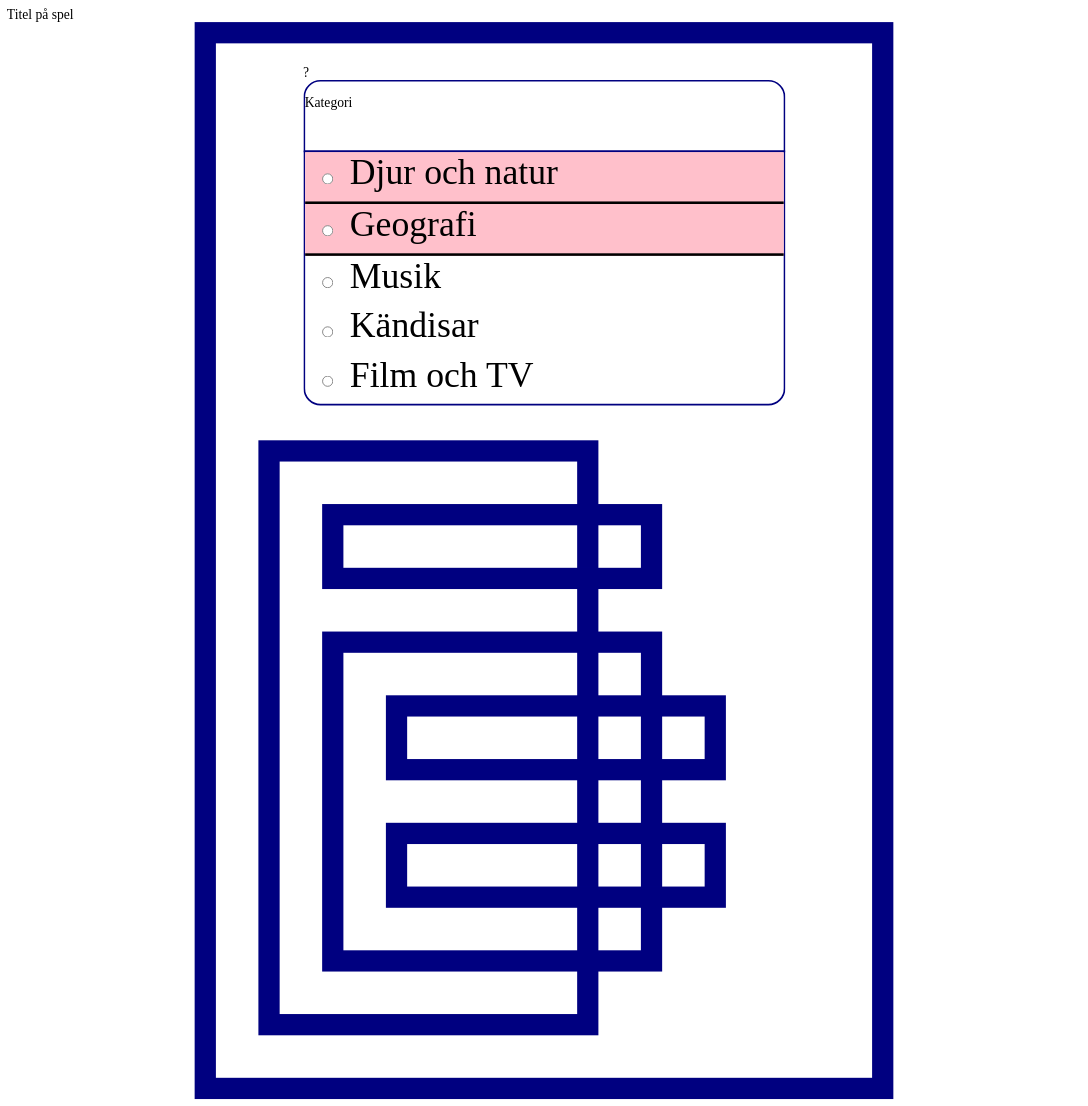
Repository: ed222gg/project2
Page: pages/start.html
The author's editor kept a record of every edit. The page is drawn from the files as they stood at one moment, then again after the next edit.
The browser window is 1280 px wide. The pictures show the whole page, at 85% of full size.

Above is the page before.

### pages/start.html
<!DOCTYPE html>
<html>

<head>
    <meta charset="utf-8" />
    <title>Index</title>
    <link rel="stylesheet" type="text/css" href="../css/style.css" />
</head>

<body>
    <header>Titel på spel</header>
    <main>
        <div id="container">
            <div id="help">?</div>
            <div id="CategoryTitle"><p>Kategori</div>
            <div id="categories">
                <ul>
                    <div id="li0"><li><input type="radio" id="c0" name="category" value="0">Djur och natur</li></div>
                    <div id="li1"><li><input type="radio" id="c1" name="category" value="1">Geografi</li></div>
                 <div id="li2">   <li><input type="radio" id="c2" name="category" value="2">Musik</li></div>
                  <div id="li3"> <li><input type="radio" id="c3" name="category" value="3">Kändisar</li></div>
                  <div id="li4">  <li><input type="radio" id="c4" name="category" value="4">Film och TV</li></div>
                </ul>




            </div>
        </div>
        <!-- <template id="tamplate"> -->
        <div id="gameLayout">
            <div id="topLayout"></div>
            <div id="bottomLayout">
                <div id="bottomLeft"></div>
            <div id="bottomRight"></div>
        </div>
        </div>
        <!-- </template> -->

    </main>
    <script src="../script/Game.js" type="text/javascript"></script>
</body>

</html>

<!-- main funktionen
   var template = document.querySelector('#template');
   var gameLayout = template.content.querySelector('#gameLayout').cloneNode(true);

   // om du vill hämta element i main funktionen
   gameLayout.questionP = gameLayout.querySelector('#question');
   gameLayout.questionP.innerHTML ='vem van vm 2011';

   // lägger ut allt
   container.appendChild(gameLayout);
   <--

### css/style.css
body{
    background: #FFFFFF;
}

main{
    /* float: right; */
  overflow: auto;
  margin: auto;
  width: 722px;
  padding: 25px;
  border: 25px solid navy;
}
header{}
input{

    margin: 20px;}

#template{ }
#gameLayout{
    float:left;
    width: 300px;
    padding: 25px;
    border: 25px solid navy;
    margin: 25px;}
#topLayout{
      float:left;
      width: 300px;
    padding: 25px;
    border: 25px solid navy;
    margin: 25px;}
#bottomLayout{   float:left;width: 300px;
    padding: 25px;
    border: 25px solid navy;
    margin: 25px;}
#bottomLeft{  float:left; width: 300px;
    padding: 25px;
    border: 25px solid navy;
    margin: 25px;}
#bottomRight{   float:left;width: 300px;
    padding: 25px;
    border: 25px solid navy;
    margin: 25px;}



#categories{  float:left;
    margin: 0px;
    padding: 0px;
    list-style-type: none;
}


#container{    overflow: auto;
  /* float: left; */
  width: 567px;
  padding: -29px;
 /* border: 8px solid navy;*/
  margin: auto;
}


#CategoryTitle{


  width: 563px;
  height: 81px;
  /* padding: 18px; */
  border: 2px solid navy;
  /* margin: 25px; */
  margin: auto;
  border-radius-top: 12px;
  border-top-left-radius: 20px;
  border-top-right-radius: 20px;

}


 ul{
  padding: 0px;
  margin-top: -2px;
  width: 563px;
  border: 2px solid navy;
  border-bottom-left-radius: 20px;
  border-bottom-right-radius: 20px;

 }
 li{  /* width: 51px; */
  font-size: 42px;
  /* font-family: serif; */
  list-style-type: none;
  /* width: 200px; */
 }

input#c:hover {
  cursor:pointer;

 }

#li0{
background-color:pink;
border-bottom-style: solid;
}
#li1{
background-color:pink;
border-bottom-style: solid;
}

### script/Game.js
"use strict"; //objekt.metod/egenskap(argument)

var Game= {

    pos: 0,
    categoryNr: undefined,
    test: undefined,
    testStatus: undefined,
    question: undefined,
    choice: undefined,
    choises: undefined,
    chA: undefined,
    chB: undefined,
    correct: 0,
    questionsArray: [],


    init: function() {
        var radios = document.getElementsByName('category'); // samla alla cetegoryelementen i en lista
        console.log(radios)

        for (var i = 0; i < radios.length; i++) {
            eventClick(i);
        }
        //funktionen eventclick som vi kallar på i forloopen ovan,
        //lägger en eventlistener på alla elementen i radios
        function eventClick(categoryId){
            radios[categoryId].addEventListener("click", function() {
            if (radios[categoryId].checked)
            {

                //nu har vi checkat samt vet vilket id categorin har. nu kan vi sätta rätt frågor. next step.
                //hmm hur var det jag hade tänkt nu då...
                console.log(categoryId)

            }


            });
        }



    },
};
//När sidan har laddads in så anropas init.
window.onload = Game.init;


 /* // main funktionen
   var template = document.querySelector('#template');
   var gameLayout = template.content.querySelector('#gameLayout').cloneNode(true);

   // om du vill hämta element i main funktionen
   gameLayout.questionP = gameLayout.querySelector('#question');
   gameLayout.questionP.innerHTML ='vem van vm 2011';

   // lägger ut allt
   container.appendChild(gameLayout);*/

After the next edit:
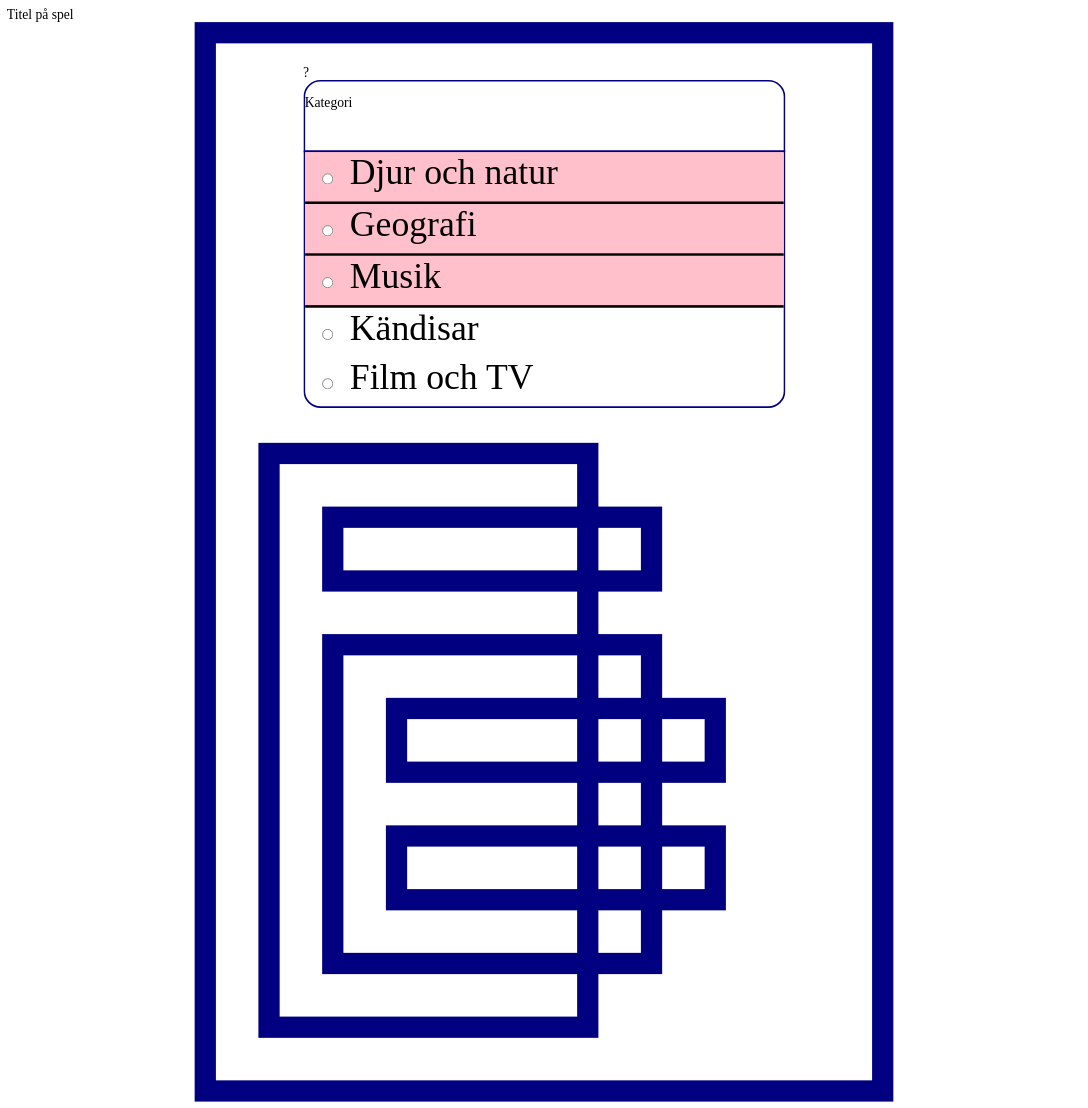
The edit:
--- a/css/style.css
+++ b/css/style.css
@@ -104,3 +104,8 @@
 background-color:pink;
 border-bottom-style: solid;
 }
+
+#li2{
+background-color:pink;
+border-bottom-style: solid;
+}
